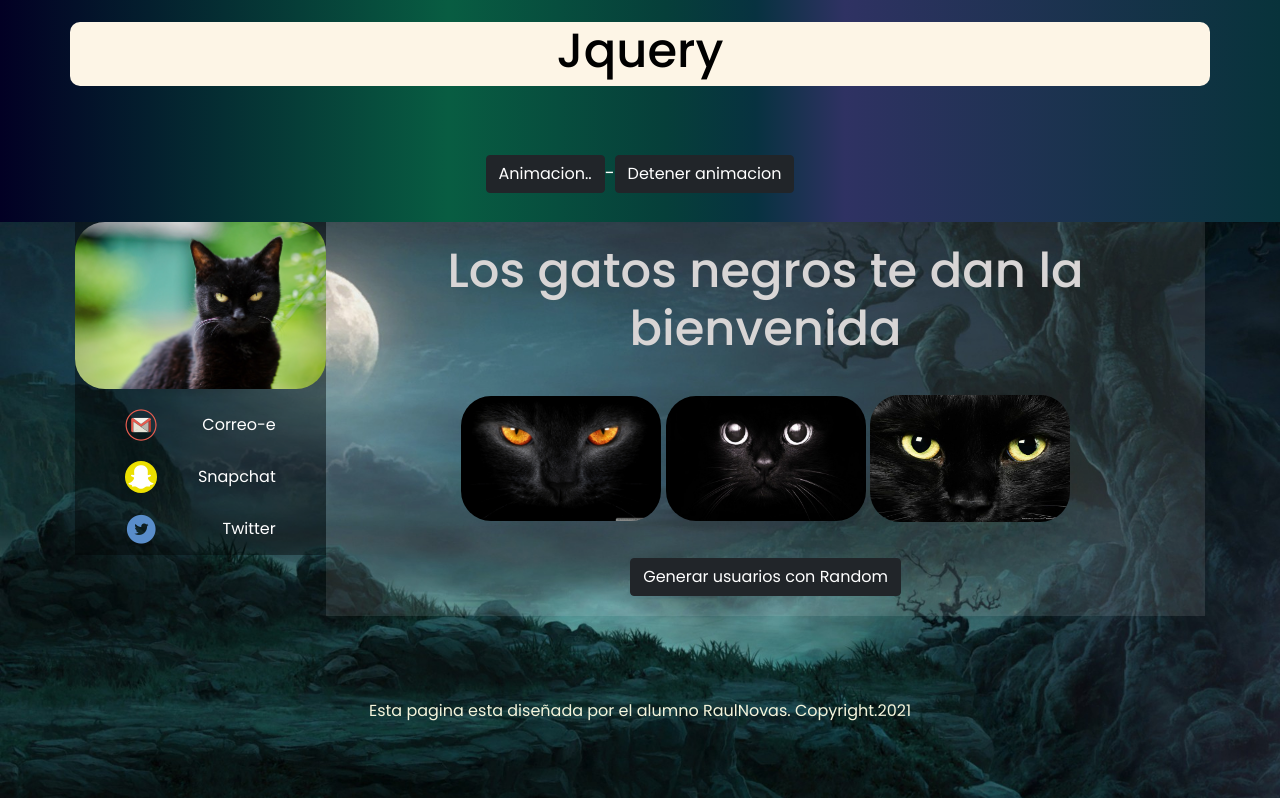
Repository: raul4264/final2
Page: index.html
These files come from the project's save history. The page is drawn as it stood at one moment and after the next save; the edit follows.
The browser window is 1280 px wide. The pictures show the whole page.

Above is the page before, as saved 2021-07-14 09:29:53.

### index.html
<!doctype html>
<html lang="es">

<head>

    <meta charset="utf-8">
    <meta name="viewport" content="width=device-width, initial-scale=1">


    <!-- Required meta tags -->
    <meta charset="utf-8">
    <meta name="viewport" content="width=device-width, initial-scale=1">

    <!-- Bootstrap CSS -->
    <link href="https://cdn.jsdelivr.net/npm/bootstrap@5.0.2/dist/css/bootstrap.min.css" rel="stylesheet" integrity="sha384-EVSTQN3/azprG1Anm3QDgpJLIm9Nao0Yz1ztcQTwFspd3yD65VohhpuuCOmLASjC" crossorigin="anonymous">
    <script src="https://code.jquery.com/jquery-3.6.0.min.js" integrity="sha256-/xUj+3OJU5yExlq6GSYGSHk7tPXikynS7ogEvDej/m4=" crossorigin="anonymous"></script>
    <link rel="preconnect" href="https://fonts.googleapis.com">
    <link rel="preconnect" href="https://fonts.gstatic.com" crossorigin>
    <link href="https://fonts.googleapis.com/css2?family=Poppins:wght@500&display=swap" rel="stylesheet">
    <link rel="preconnect" href="https://fonts.gstatic.com">
    <link href="https://fonts.googleapis.com/css2?family=Poppins:wght@400;700&display=swap" rel="stylesheet">
    <link href="https://fonts.googleapis.com/icon?family=Material+Icons" rel="stylesheet">

    <link rel="stylesheet" href="style.css">

    <title>raulNovas</title>
</head>


<body class="">
    <div class="container-fluid">

        <!--         <img src="java-script1.jpg" alt="prueba" height="200" />
    </div> -->

        <div class="container" id="cuerpo">
            <h1>Jquery</h1>

            <h2>

            </h2>

        </div>
        <br>

        <br>




        <div id="flip"><button type="button" class="btn btn-dark">Animacion..</button>-<button type="button" class="btn btn-dark" id="stop">Detener animacion</button> </div>
        <br>
        <div id="panel">
            <h2>Grabando en local storage</h2>
            <section id="cajaformulario" class="container-fluid">
                <form name="formulario">
                    <p>Clave:<br><input type="text" name="clave" id="clave"></p>
                    <p>Valor:<br><textarea name="text" id="texto"></textarea></p>
                    <p><input type="button" name="grabar" id="grabar" value="Grabar"></p>
                </form>


            </section>
            <div id="cajadatos" class="container-fluid mb-5">
                <p></p>
            </div>


            <!--     <div id="rule"><button type="button" class="btn btn-dark" id="dos">magia1</button><img src="/images/20210617_151220.jpg" width="200px"></div>

            <div id="java"><button type="button" class="btn btn-dark" id="dos">magia2</button><button type="button" class="btn btn-dark" id="tres">magia3</button>
                <img src="java-script1.jpg" alt="prueba" height="200" />
            </div> -->

            <div class="container">
                <!-- head -->
                <h2>Agenda de contactos</h2>
                <!-- formulario de datos -->
                <div class="formulario-datos">
                    <input type="text" class="nombre" placeholder="nombre">
                    <input type="text" class="numero" placeholder="numero">
                    <input type="text" class="direccion" placeholder="dirección">
                    <button class="btn-agregar-tarea">agregar tarea</button>

                    <!-- listado tareas -->
                    <div class="listado-tareas">


                    </div>
                </div>
            </div>


        </div>





    </div>






    <main class="container-fluid">

        <!-- Sidebar -->
        <aside class="lateral">
            <img src="images/black-cat.jpg" alt="Black Cats Rules!">


             <a href=" mailto:raulnovas4@gmail.com">
                <img src="images/mail.png" alt="Correo-e">
                <span>Correo-e</span>
            </a>
            <a href="https://www.snapchat.com/l/es/">
                <img src="images/snapchat.png" alt="Snapchat">
                <span>Snapchat</span>
            </a>
            <a href="https://twitter.com/home">
                <img src="images/twitter.png" alt="Twitter">
                <span>Twitter</span>
            </a>

        </aside>

        <!-- Contenido -->
        <section class="contenido">
            <h1>Los gatos negros te dan la bienvenida</h1>





                <img src="/images/cat1.jpg" width="200vw">
                <img src="/images/cat2.jpg" width="200vw" >
                <img src="/images/cat3.jpg" width="200vw" height="127vh" >

            <br>
            <button type="button" class="btn btn-dark" id="usuarios">Generar usuarios con Random</button>
        </section>

        <footer class="mt-4">
            <p>Esta pagina esta diseñada por el alumno RaulNovas. Copyright.2021</p>

        </footer>
    </main>








    <script src="https://cdn.jsdelivr.net/npm/bootstrap@5.0.1/dist/js/bootstrap.bundle.min.js" integrity="sha384-gtEjrD/SeCtmISkJkNUaaKMoLD0//ElJ19smozuHV6z3Iehds+3Ulb9Bn9Plx0x4" crossorigin="anonymous">
    </script>

    <script src="funciones.js"></script>
    <script src="clasecuatro.js"></script>
</body>

</html>

### style.css
* {
    margin: 0;
    padding: 0;
}

body {
    background: linear-gradient(90deg, rgba(2, 0, 36, 1) 0%, rgba(8, 93, 66, 1) 35%, rgb(6, 63, 58) 52%, rgba(7, 50, 64, 1) 59%, rgba(47, 50, 99, 1) 66%, rgb(8, 51, 59) 100%);
    ;
    text-align: center;
    color: beige;
    font-family: 'Poppins', sans-serif;
}

h1 {
    font-size: 3em;
    padding-bottom: 1vh;
}

#cuerpo {
    background-color: oldlace;
    color: black;
    margin-top: 3vh;
    border-radius: 10px;
    -webkit-border-radius: 10px;
    -moz-border-radius: 10px;
    -ms-border-radius: 10px;
    -o-border-radius: 10px;
}

#cajaformulario {
    padding: 20px;
    border: 1px solid #999999;
}

div #cajadatos {
    width: 400px;
    padding: 20px;
    border: 1px solid #999999;
    text-align: center;
}

#clave,
#texto {
    width: 150px;
}

#panel,
#flip {
    padding: 5px;
    font-size: 18px;
    text-align: center;
    color: white;
    border-radius: 3px;
}

#panel {
    padding: 50px;
    display: none;
}

img {
    border-radius: 30px;
    -webkit-border-radius: 30px;
    -moz-border-radius: 30px;
    -ms-border-radius: 30px;
    -o-border-radius: 30px;
}

#rule {
    background: #98bf21;
    height: 100px;
    width: 100px;
    position: absolute;
    margin-left: 40px;
}


/*......................................................*/

main {
    background-image: url(/images/fondo.jpg);
    background-position: center center;
    background-size: cover;
    display: flex;
    justify-content: center;
    align-items: flex-start;
}


/* Contenedor principal */

main {
    width: 900px;
    height: 80vh;
    display: flex;
    flex-wrap: wrap;
}

main>* {
    order: 999;
}

.lateral {
    background-color: rgba(0, 0, 0, .4);
    flex-basis: 20%;
    display: flex;
    flex-direction: column;
    align-items: center;
    justify-content: flex-start;
}

.lateral>img {
    max-width: 100%;
    margin-bottom: 20px;
}

.lateral a {
    width: 60%;
    display: flex;
    align-items: center;
    justify-content: space-between;
    text-decoration: none;
    color: white;
    margin: 10px 0;
}

.lateral a:first-of-type {
    margin-top: auto;
}


/* Contenido */

.contenido {
    background-color: rgba(255, 255, 255, .1);
    flex-basis: 70%;
    padding: 20px;
}

.contenido h1 {
    margin-top: 0;
    font-size: 3em;
    font-family: 'Poppins', sans-serif;
    margin-bottom: 30px;
    color: rgb(216, 213, 213);
}

.contenido ul {
    display: flex;
    justify-content: space-between;
    flex-wrap: wrap;
    list-style: none;
    margin: 0;
    padding: 0;
}




#usuarios{
    margin-top: 5vh;
}


/* .contenido ul li:first-of-type {
    background-image: url(../images/cat1.jpg);
}

.contenido ul li:nth-child(2) {
    background-image: url(../images/cat2.jpg);
}

.contenido ul li:last-of-type {
    background-image: url(../images/cat3.jpg);
} */


/* Respond */

@media (max-width: 705px) {
    body {
        align-items: flex-start;
    }
    main {
        margin: 20px;
    }
    .lateral,
    .contenido {
        flex-basis: 100%;
    }
    .contenido {
        order: 1;
    }
    .lateral {
        order: 2;
    }
}


/* Util */

.dev {
    border: 1px solid red;
}


/*lllllllllllllllllllllllllllllllllllllllllllllllllllllllllllllll*/

.container h2 {
    margin-bottom: 1rem;
    font-size: 2.3rem;
}

.formulario-datos {
    display: block;
    width: 50%;
    margin: 1rem auto;
    display: flex;
    flex-direction: column;
}

.formulario-datos input {
    margin: 1rem 0rem;
    line-height: 3rem;
    background: none;
    outline: 0;
    border: 0;
    color: oldlace;
}

.formulario-datos input:active {
    border-bottom: 1px solid dodgerblue;
}

.formulario-datos input:focus {
    border-bottom: 1px solid dodgerblue;
}

.formulario-datos button {
    margin: 1rem 0rem;
    background-color: dodgerblue;
    border: 0;
    outline: 0;
    height: 3rem;
    border-radius: 5px;
    color: oldlace;
    -webkit-border-radius: 5px;
    -moz-border-radius: 5px;
    -ms-border-radius: 5px;
    -o-border-radius: 5px;
}

.listado-tareas {
    display: flex;
    flex-direction: column;
}

.tarea {
    display: flex;
    flex-direction: row;
    justify-content: space-between;
    height: 4rem;
}

.icono {
    color: tomato;
    cursor: pointer;
}

### funciones.js
const guardarContacto = (db, contacto) => {
    db.setItem(contacto.id, JSON.stringify(contacto))
    window.location.href = '/'

}
const cargarContactos = (db, parentNode, ) => {
    let claves = Object.keys(db)

    for (clave of claves) {
        let contacto = JSON.parse(db.getItem(clave))
        crearContacto(parentNode, contacto, db)
    }

}
const crearContacto = (parentNode, contacto, db) => {
    let divContacto = document.createElement('div')
    let nombreContacto = document.createElement('p')
    let numeroContacto = document.createElement('p')
    let direccionContacto = document.createElement('p')
    let iconoBorrar = document.createElement('span')

    nombreContacto.innerHTML = contacto.nombre
    numeroContacto.innerHTML = contacto.numero
    direccionContacto.innerHTML = contacto.direccion
    iconoBorrar.innerHTML = 'delete_forever'

    divContacto.classList.add('tarea')
    iconoBorrar.classList.add('material-icons', 'icono')


    iconoBorrar.onclick = () => {
        db.removeItem(contacto.id)
        window.location.href = '/'
    }

    divContacto.appendChild(nombreContacto)
    divContacto.appendChild(numeroContacto)
    divContacto.appendChild(direccionContacto)
    divContacto.appendChild(iconoBorrar)

    parentNode.appendChild(divContacto)
}

### clasecuatro.js
function iniciar() {
    var boton = document.getElementById('grabar');
    boton.addEventListener('click', nuevoitem, false);
    mostrar();
}

function nuevoitem() {
    var clave = document.getElementById('clave').value;
    var valor = document.getElementById('texto').value;
    sessionStorage.setItem(clave, valor);
    mostrar();
    document.getElementById('clave').value = '';
    document.getElementById('texto').value = '';
}

function mostrar() {
    var cajadatos = document.getElementById('cajadatos');
    cajadatos.innerHTML = '<div><button onclick="eliminarTodo()">Eliminar Todo</button></div>';
    for (var f = 0; f < sessionStorage.length; f++) {
        var clave = sessionStorage.key(f);
        var valor = sessionStorage.getItem(clave);
        cajadatos.innerHTML += '<div>' + clave + ' - ' + valor + '<br><button onclick="eliminar(\'' + clave + '\')">Eliminar</button></div>';
    }
}

function eliminar(clave) {
    if (confirm('Está Seguro?')) {
        sessionStorage.removeItem(clave);
        mostrar();
    }
}

function eliminarTodo() {
    if (confirm('Está Seguro?')) {
        sessionStorage.clear();
        mostrar();
    }
}
window.addEventListener('load', iniciar, false)


/**...........jquery......................... */

$(document).ready(function() {




    $("#flip").click(function() {
        $("#panel").slideDown(5000);
    });
    $("#stop").click(function() {
        $("#panel").stop();
    });

    $("#dos").click(function() {
        $("div").animate({ right: '200px' });
    });
    // $('#java').slideToggle('slow');
    $('#java').on('click', function() {
        $('#java').css('background-color', 'black');
    })
    $("#tres").click(function() {
        // $('#java').slideToggle('slow');
        $("#rule").delay("slow").slideToggle('slow');
        $("#java").delay("slow").slideToggle('slow');

    });


    /*  $.ajax('social.html', {

         success: function(respuesta) {
             $('.lateral').append($(respuesta))

         }

     })*/

  /*   $.get('social.html', function(respuesta) {
        $('.lateral').append($(respuesta))
    }) */



    $("#usuarios").click(function() {
        $("main").fadeIn('slow')
        $.getJSON('https://randomuser.me/api/?results=500')
            .then(function(respuesta) {

                respuesta.results.forEach(function(persona) {
                    console.log(persona.picture.thumbnail);
                    $('<img>')
                        .attr('src', persona.picture.thumbnail)
                        .appendTo('.contenido');
                });



            });
    });


});
/**....................................................... */
const nombre = document.querySelector('.nombre')
const numero = document.querySelector('.numero')
const direccion = document.querySelector('.direccion')
const btnAgregarTarea = document.querySelector('.btn-agregar-tarea')

const listadoTareas = document.querySelector('.listado-tareas')

const db = window.localStorage

btnAgregarTarea.onclick = () => {
    let contacto = {
        id: Math.random(1, 1000),
        nombre: nombre.value,
        numero: numero.value,
        direccion: direccion.value,
    }

    guardarContacto(db, contacto);

}
cargarContactos(db, listadoTareas)

After the next save:
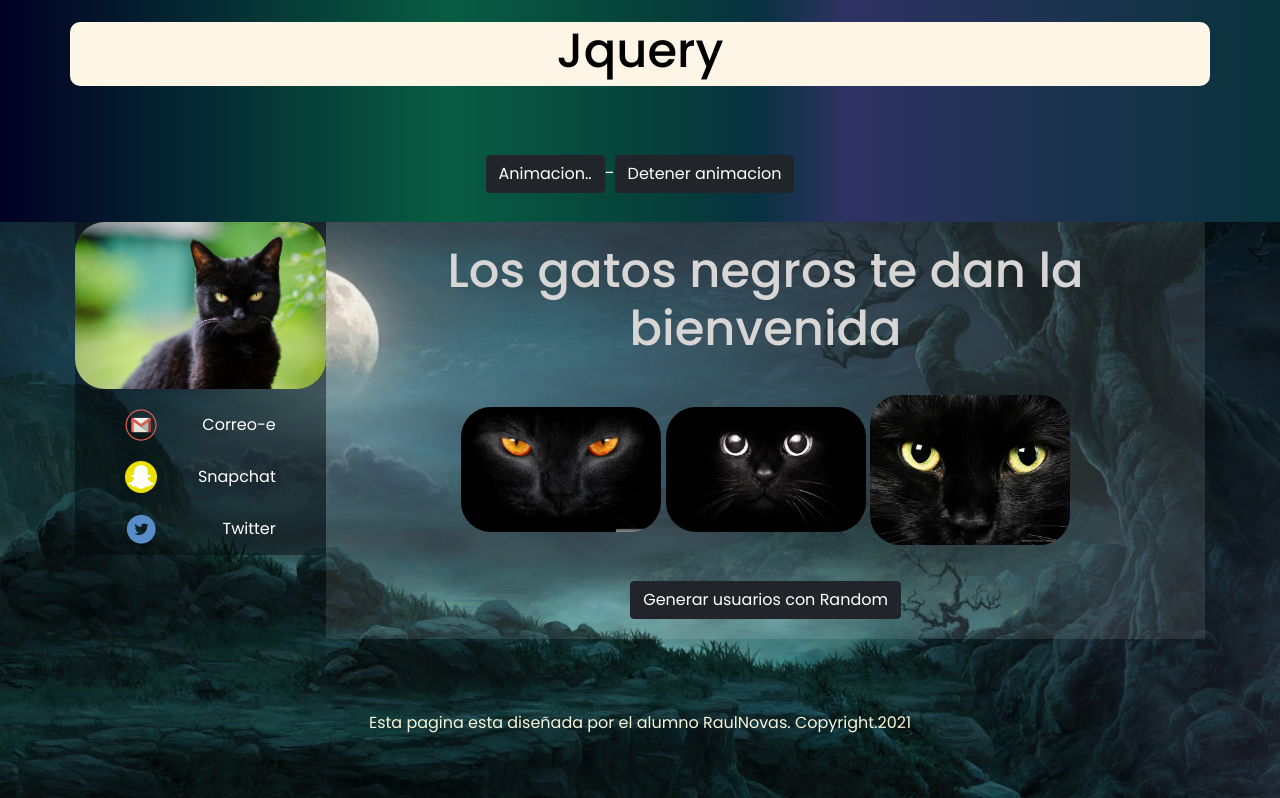
Saved 31 s later.
--- a/index.html
+++ b/index.html
@@ -136,7 +136,7 @@
 
                 <img src="/images/cat1.jpg" width="200vw">
                 <img src="/images/cat2.jpg" width="200vw" >
-                <img src="/images/cat3.jpg" width="200vw" height="127vh" >
+                <img src="/images/cat3.jpg" width="200vw" >
 
             <br>
             <button type="button" class="btn btn-dark" id="usuarios">Generar usuarios con Random</button>
